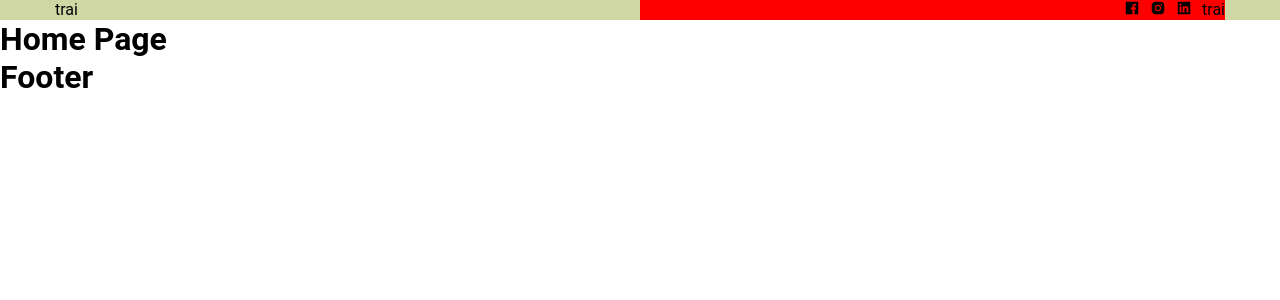
Repository: anhcanh1007/show_product
Page: /
These files come from the project's save history. The page is drawn as it stood at one moment and after a run of saves; the edit follows.
The browser window is 1280 px wide. The pictures show the whole page.
The project was rebuilt for these pictures with package versions that can differ from the ones it lists, and the page was loaded fresh each time. Imported but missing from the stored project, and not drawn on this page: src/pages/user/profilePage.

Above is the page before, as saved 2024-01-25 13:39:50.

### src/index.js
import React from "react";
import ReactDOM from "react-dom/client";
import { BrowserRouter } from "react-router-dom";
import RouterCustom from "./router";
import "./style/style.scss";

const root = ReactDOM.createRoot(document.getElementById("root"));
root.render(
  <BrowserRouter>
    <RouterCustom />
  </BrowserRouter>
);

// If you want to start measuring performance in your app, pass a function
// to log results (for example: reportWebVitals(console.log))
// or send to an analytics endpoint. Learn more: https://bit.ly/CRA-vitals

### src/router.js
import { ROUTERS } from "./utils/router";
import HomePage from "./pages/user/homePage";
import ProfilePage from "./pages/user/profilePage";
import { Route, Routes } from "react-router-dom";
import MasterLayout from "./pages/user/theme/masterLayout";

const renderUserRouter = () => {
  const userRouters = [
    {
      path: ROUTERS.USER.HOME,
      component: <HomePage />,
    },
    {
      path: ROUTERS.USER.PROFILE,
      component: <ProfilePage />,
    },
  ];

  return (
    <MasterLayout>
      <Routes>
        {userRouters.map((item, key) => (
          <Route key={key} path={item.path} element={item.component} />
        ))}
      </Routes>
    </MasterLayout>
  );
};

const RouterCustom = () => {
  return renderUserRouter();
};

export default RouterCustom;

### src/style/style.scss
@import './pages/all';

### src/utils/router.js
export const ROUTERS = {
  USER: {
    HOME: "",
    PROFILE: "thong-tin-ca-nhan",
  },
};

### src/pages/user/homePage/index.js
import { memo } from "react";

const HomePage = () => {
  return <h1>Home Page</h1>;
};

export default memo(HomePage);

### src/pages/user/theme/masterLayout/index.js
import { memo } from "react";
import Header from "../header";
import Footer from "../footer";

const MasterLayout = ({ children, ...props }) => {
  return (
    <div {...props}>
      <Header />
      {children}
      <Footer />
    </div>
  );
};

export default memo(MasterLayout);

### src/style/pages/_all.scss
@use "sass:map";
@import './theme';

html, body {
    margin: 0;
}

* {
    font-family: Roboto;
    padding: 0;
    margin: 0;
}

.container {
    max-width: 1170px;
    width: 100%;
    padding-left: 15px;
    padding-right: 15px;
    // background: map.get($theme-colors, "main");
    margin: auto;
}

.row {
    display: flex;
    flex-wrap: wrap;
}

.col-6 {
    flex: 0 0 50%;
    max-width: 50%;
}

### src/style/pages/_theme.scss
$theme-colors : (
    "main" : #008874,
)

### src/pages/user/theme/header/index.js
import { memo } from "react";
import { AiFillFacebook, AiFillInstagram, AiFillLinkedin } from "react-icons/ai";
import "./style.scss";

const Header = () => {
  return (
    <>
      <div className="header__top">
        <div className="container">
          <div className="row">
            <div className="col-6">trai</div>
            <div className="col-6 header__top_right">
              <ul>
                <li>
                  <AiFillFacebook />
                </li>
                <li>
                  <AiFillInstagram />
                </li>
                <li><AiFillLinkedin /></li>
                <li>trai</li>
              </ul>
            </div>
          </div>
        </div>
      </div>
    </>
  );
};

export default memo(Header);

### src/pages/user/theme/footer/index.js
import { memo } from "react";

const Footer = () => {
  return (
    <>
      <h1>Footer</h1>
    </>
  );
};

export default memo(Footer);

### src/pages/user/theme/header/style.scss
.header__top{
    background-color: #CFD7A4;
}

.header__top_right {
    background-color: red;
    display: flex;
    justify-content: end;

    ul {
        display: flex;
        column-gap: 10px;
        list-style: none;
    }
}

Loaded but not shown: public/index.html (common file)

After the next 4 saves:
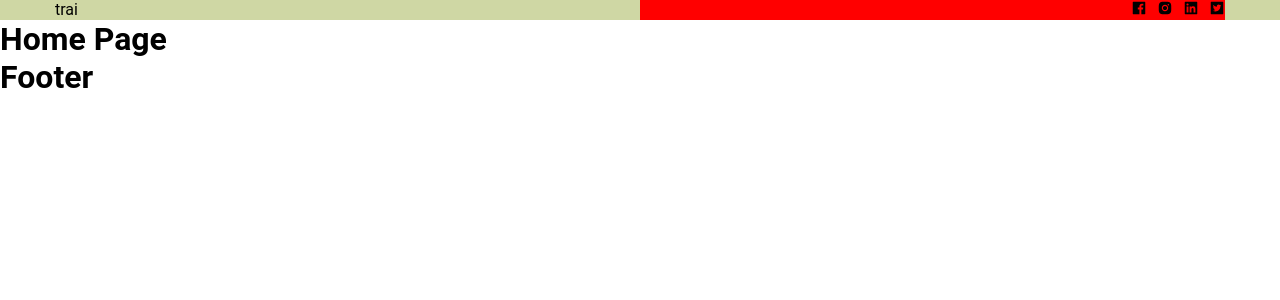
The 4 saves are shown as one change because they came seconds apart.
The last was saved 22 s later.
--- a/src/pages/user/theme/header/index.js
+++ b/src/pages/user/theme/header/index.js
@@ -1,5 +1,10 @@
 import { memo } from "react";
-import { AiFillFacebook, AiFillInstagram, AiFillLinkedin } from "react-icons/ai";
+import {
+  AiFillFacebook,
+  AiFillInstagram,
+  AiFillLinkedin,
+  AiFillTwitterSquare,
+} from "react-icons/ai";
 import "./style.scss";
 
 const Header = () => {
@@ -17,8 +22,12 @@ const Header = () => {
                 <li>
                   <AiFillInstagram />
                 </li>
-                <li><AiFillLinkedin /></li>
-                <li>trai</li>
+                <li>
+                  <AiFillLinkedin />
+                </li>
+                <li>
+                  <AiFillTwitterSquare />
+                </li>
               </ul>
             </div>
           </div>
